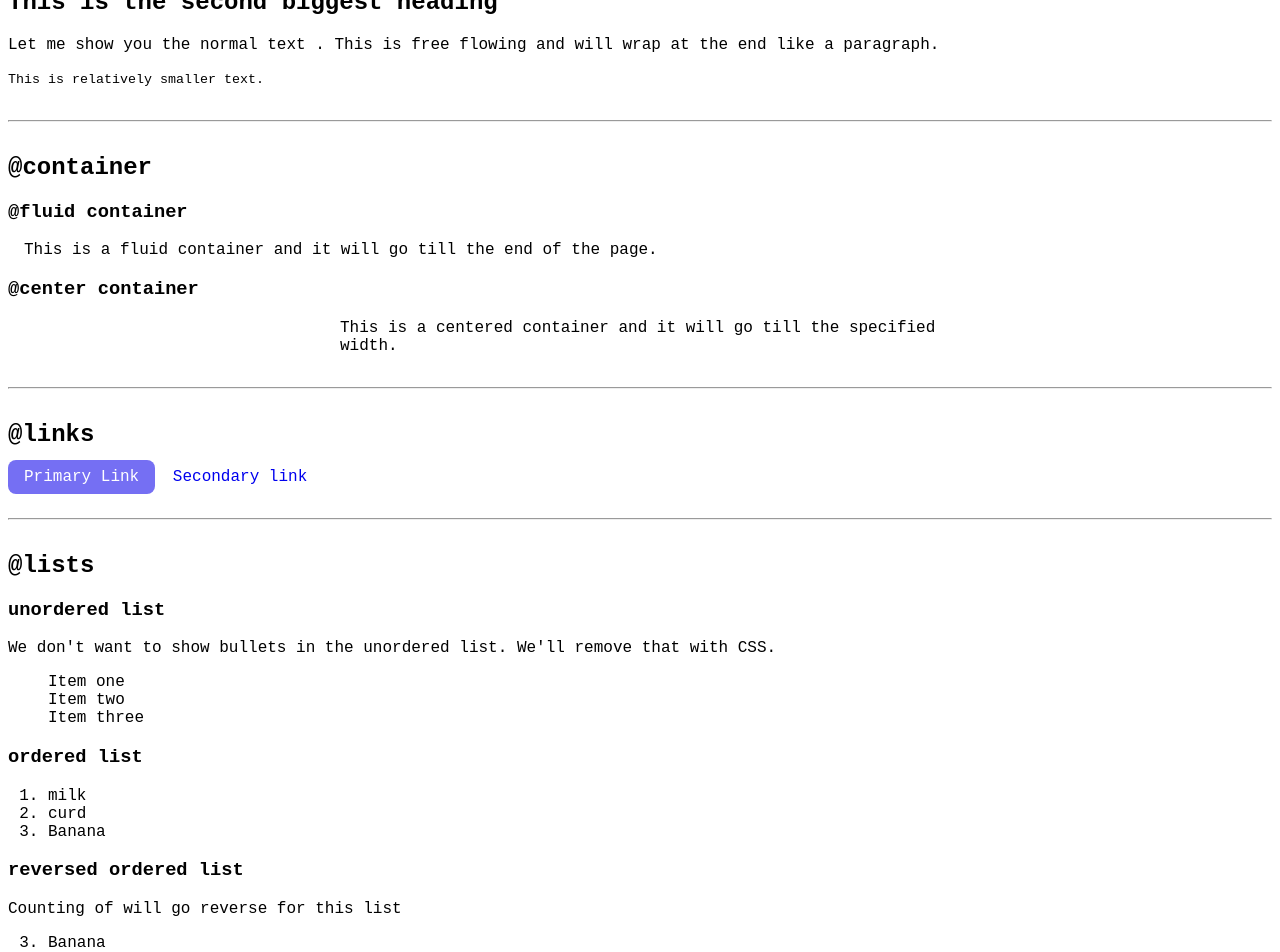
Repository: nihalani20/KomalNihalani-Portfolio
Page: index.html
An editor plug-in stored every save of this project. The page is shown before and after the next save, followed by the edit.
The browser window is 1280 px wide. The pictures show the part of the page from y = 282 to 1234 px (the page is 2919 px tall).
A picture or video elsewhere on the page could not be fetched, so the positions and the page height are approximate.

Above is the page before, as saved 2023-11-01 10:29:56.

### index.html
<!DOCTYPE html>
<html lang="en">
<head>
    <meta charset="UTF-8">
    <meta name="viewport" content="width=device-width, initial-scale=1.0">
    <title>component library</title>
    <link href = "style.css" rel = "stylesheet"/>


</head>
<body>
    <h1 >komal's component Library</h1>
    <p>I am attending <strong>neog.camp </strong>and I want to make a library  which would make all my <strong>projects</strong> look good and consistent.</p>

    <hr>

    <h2>@typography</h2>

    <h1>This is the biggest heading</h1>
    <h2>This is the second biggest heading</h2>
    <p>Let me show you the normal text . This is free flowing and will wrap at the end like a paragraph.</p>
    <small>This is relatively smaller text.</small>


    <hr>

<h2>@container</h2>
<h3>@fluid container</h3>
<!-- below we used div class instead of para element -->
<div class = "container">This is a fluid container and it will go till the end of the page.</div>

<h3>@center container</h3>
<div class = "container container-center">This is a centered container and it will go till the specified width.</div>

<hr>

<h2>@links</h2>
<!-- connect link to css -->
<a  class = "link link-primary"href="/">Primary Link</a>

<a  class = "link link-secondary"href ="/">Secondary link</a>


<hr>

<h2>@lists</h2>

<h3>unordered list</h3>
<p>We don't want to show bullets in the unordered list. We'll remove that with CSS.</p>
<ul class="list-non-bullet">
<li> Item one</li>
<li> Item two</li>
<li>Item three</li>
</ul>

<h3>ordered list</h3>
<ol>
    <li>milk</li>
    <li>curd</li>
    <li>Banana</li>
</ol>

<h3> reversed ordered list</h3>
<p>Counting of will go reverse for this list</p>
<ol reversed>
    <li>Banana</li>
    <li>curd</li>
    <li>milk</li>
</ol>

<h3> unordered inline list</h3>
<p>Instead of going in a new row, we will create a list which will take columns.</p>
<ul class="list-non-bullet">

<li class="list-item-inline">Inline Item one</li>
<li class="list-item-inline">Inline Item two</li>
<li class="list-item-inline">Inline Item three</li>

</ul>

<hr>

<h2>@navigation bar</h2>
<nav class="navigation container">

    <div class = "nav-brand">IAmaDeveloper</div>

    <ul class="list-non-bullet nav-pills">
<li class="list-item-inline"><a class ="link-active"href="/">home</a></li>

<li class="list-item-inline"><a class="link" href="/">projects</a></li>


<li class="list-item-inline"><a class="link "href="/">blogs</a></li>

</ul>
</nav>

<hr>
<!-- Header is also called Hero  -->
<header class = "hero">
    <img class="hero-img" src = "images/undraw_proud_coder_re_exuy.svg">
    <h1 class = "hero-heading"> Heading inside hero </h1>

</header>

<hr>
<h2>@section</h2>
<p>A section is used to separate parts of pages .In marketing websites you would have seen a header followed by sections of features , team , pricing ,contact info etc.</p>






<section class="section">
<div class=" container container-center"></div>
    <h1>White section</h1>
    <p>This will have white background.
        MDN has created a curriculum for aspiring front-end developers to build a rewarding and successful career. Take a look at the curriculum, who it's for, and the research it's based on.
    </p>
</section>

<section class="section offw">
    <div class=" container container-center"></div>
    <h1> off white section</h1>
    <p>This will have  grey background.
        MDN has created a curriculum for aspiring front-end developers to build a rewarding and successful career. Take a look at the curriculum, who it's for, and the research it's based on.
    </p>

</section>


<hr>


<h2>@footer</h2>
<footer class="footer">
<div class="footer header">some small heading inside footer</div>
    <ul class="social-links">
        <li class="list-item-inline"><a class="link-active" href="/">social one</a></li>
        <li class="list-item-inline"><a class="link-active" href="/">social two</a></li>
        <li class="list-item-inline"><a class="link-active" href="/">social three</a></li>
    </ul>
</footer>











<!-- </body><div style ="height : 30vh";></div> -->
<!-- From above line of code you see that there is padding from the bottom . -->


</body>
</html>

### style.css
/* root element means this is for the entire page */

:root
{
    /* --primary-color: #4f46e5; */
    --primary-color:#756ff3;
    --gray: #F3F4F6;
    --dark-gray: #6B7280;

}

@import url('https://fonts.googleapis.com/css2?family=Sometype+Mono:wght@400;700&display=swap');

/* typography */
body
{
    font-family: 'Sometype Mono', monospace;

}


/* containers */
.container
{
   padding-left: 1rem;
   padding-right: 1rem;
}
.container-center{
    max-width: 600px;
    margin: auto;
    /* below we can also do this */
       /* text-align: center; */
}


/* links */
.link
{
    text-decoration: none;
    padding: 0.5rem 0.5rem;
    /* above we say padding top and right */
}

.link-primary
{
    background-color:var(--primary-color);
    border-radius: 0.5rem;
    color:white;
    padding: 0.5rem 1rem 0.5rem 1rem;

}

/* .link-secondary */
{
    color: var(--primary-color);
    border-radius: 0.5rem;
    border: 1px solid
    var(--primary-color);

}

hr{
    margin: 2rem 0rem;
}

/* lists */
.list-non-bullet
{
    list-style: none;
}
.list-item-inline
{
    display: inline;
    padding: 1rem;

}

/* navigation */

.navigation
{
    background-color:var(--primary-color);
    color:white;
    padding: 1rem;
    border-bottom-left-radius:1rem;

}
.link-active
{
    color:white;
    font-weight: bold;
    text-decoration: none;
}

.navigation .link
{
    color:white;
}

.navigation .nav-brand
{
     font-weight: bold;
}

.navigation .nav-pills
{
    text-align: right;
}





/* header */

.hero{
    padding:2rem;
}
.hero-img
{
    max-width: 350px;
    display:block;
    margin: auto;
}
.hero-heading
{
    color:var(--dark-gray);
    text-align: center;
}


.section{
    padding: 1.5rem;
}
.section h1{
    text-align: center;
    padding: 1rem;
}

.offw{
    background-color:var(--gray);
    border-radius:1rem;


}

.footer{
    background-color:var(--primary-color);
    border-top-right-radius:1rem;
    padding: 1rem;
    text-align: center;
}
.footer.header
{
   color:white;

}

.nav-active{
    color:white;
}

.footer ul{
    padding-inline-start: 0px;
}



/* here we use padding inline start 0px so that it is  */
/* exactly in center not a liitle bit right */
/* because a/c to user agent style sheet browser */
/* has its own style so initially its bit right and now it is exactly in center */

After the next save:
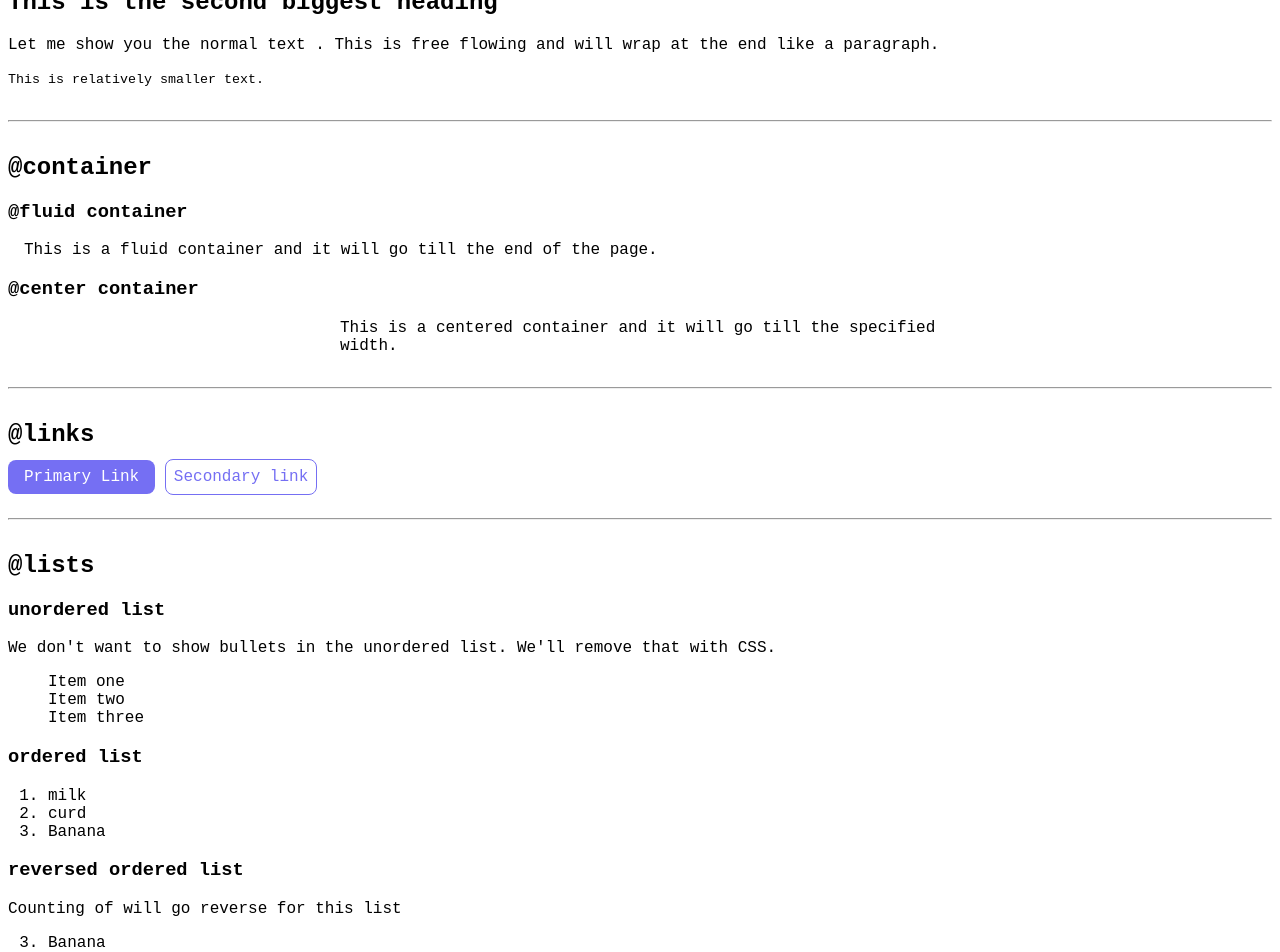
Saved 5 s later.
--- a/style.css
+++ b/style.css
@@ -50,7 +50,7 @@ body
 
 }
 
-/* .link-secondary */
+.link-secondary
 {
     color: var(--primary-color);
     border-radius: 0.5rem;
